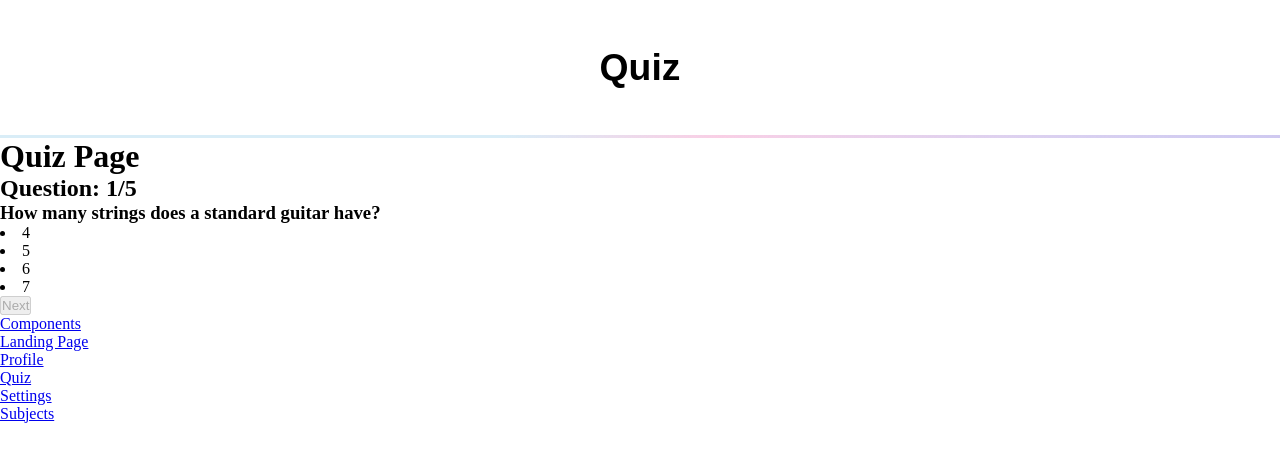
Repository: 1medi/pocketprof
Page: /quiz/page
An editor plug-in stored every save of this project. The page is shown before and after the next save, followed by the edit.
The browser window is 1280 px wide. The pictures show the whole page.
The project was rebuilt for these pictures with package versions that can differ from the ones it lists, and the page was loaded fresh each time. The framework's server and built-in components were replaced by stand-ins that run in the browser. Also part of the build but not shown: next.config.mjs, Components/Buttons/Oscar/Oscar.module.css, Components/Buttons/Oscar/index.js.

Above is the page before, as saved 2024-04-13 21:10:42.

After the next save:
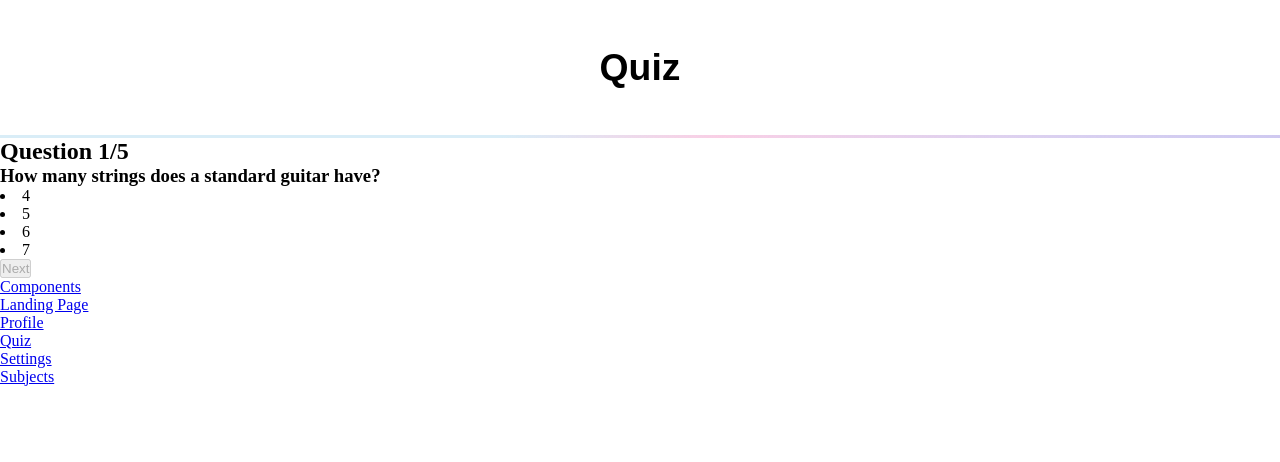
Saved 62 s later.
--- a/pages/quiz/page.jsx
+++ b/pages/quiz/page.jsx
@@ -76,10 +76,9 @@ export default function Page() {
     <>
     <Header name="Quiz"/>
       <div className={`${styles.container}`}>
-      <h1 className={styles.title}>Quiz Page</h1>
       <div>
         <h2 className={styles.activeQ}>
-          Question: {activeQuestion + 1}
+          Question {activeQuestion + 1}
           <span>/{questions.length}</span>
         </h2>
       </div>
